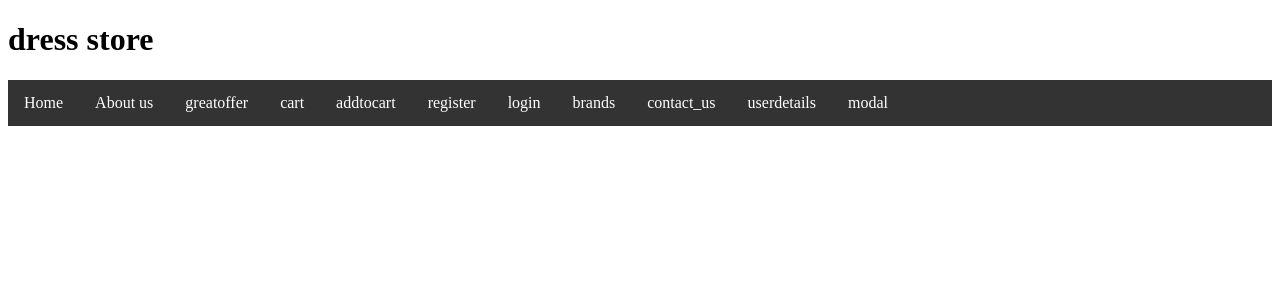
Repository: gurunatharsai/OnlineDress
Page: http://localhost/OnlineDress/
The author's editor kept a copy of each file at every save. The page is drawn from the files as they stood at one save, then again after the next save.
The browser window is 1280 px wide. The pictures show the whole page.
The page is served by Tomcat 9. Nobody is signed in. The application's start-up code is not run.

Above is the page before, as saved 2018-01-08 11:00:02.

After the next save:
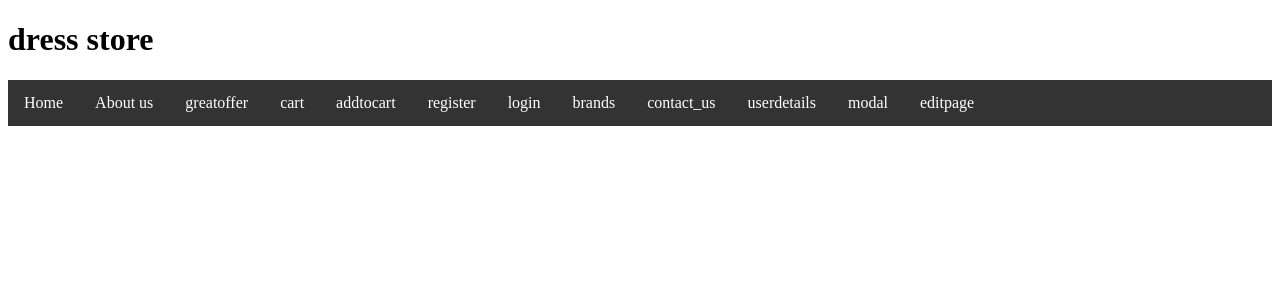
Saved 14 s later.
--- a/workspace7/OnlineDress/src/main/webapp/index.jsp
+++ b/workspace7/OnlineDress/src/main/webapp/index.jsp
@@ -52,6 +52,7 @@ li a:hover {
         <li><a href="contact_us">contact_us</a></li>
          <li><a href="userdetails">userdetails</a></li>
           <li><a href="modal">modal</a></li>
+           <li><a href="editpage">editpage</a></li>
 
 
 
